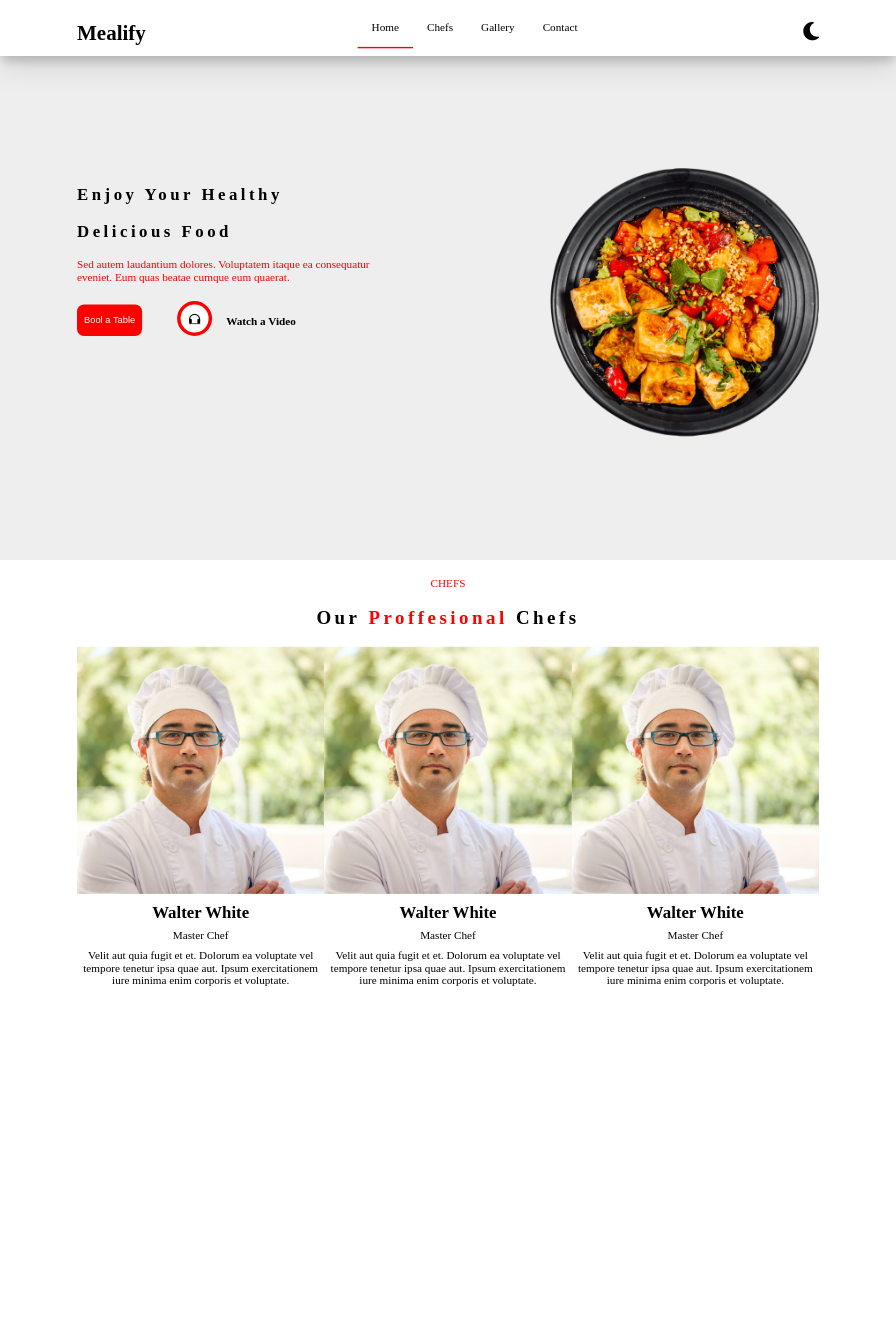
Repository: Ahmedalid/New-project
Page: Rout/index.html
The author's editor kept a copy of each file at every save. The page is drawn from the files as they stood at one save, then again after a run of saves.
The browser window is 1280 px wide. The pictures show the part of the page from y = 0 to 1920 px (the page is 5000 px tall), at 70% of full size.

Above is the page before, as saved 2023-06-08 11:19:13.

After the next 3 saves:
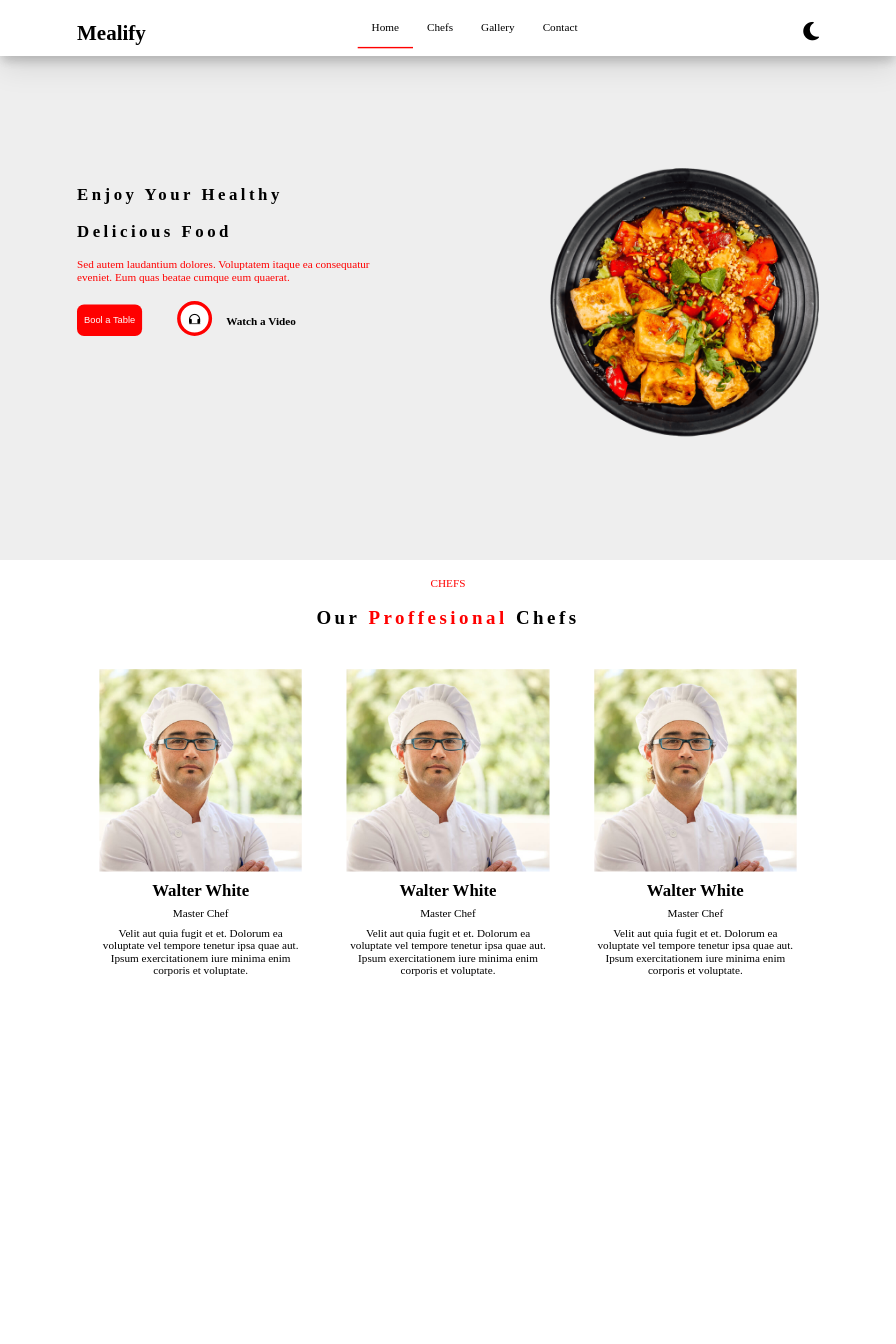
The 3 saves are shown as one change because they came seconds apart.
The last was saved 7 s later.
--- a/Rout/css/style.css
+++ b/Rout/css/style.css
@@ -153,5 +153,5 @@ img{
     transition: 0.5s;
 }
 .card-img{
-    border: 1;
+    border: 2pc solid white;
 }
